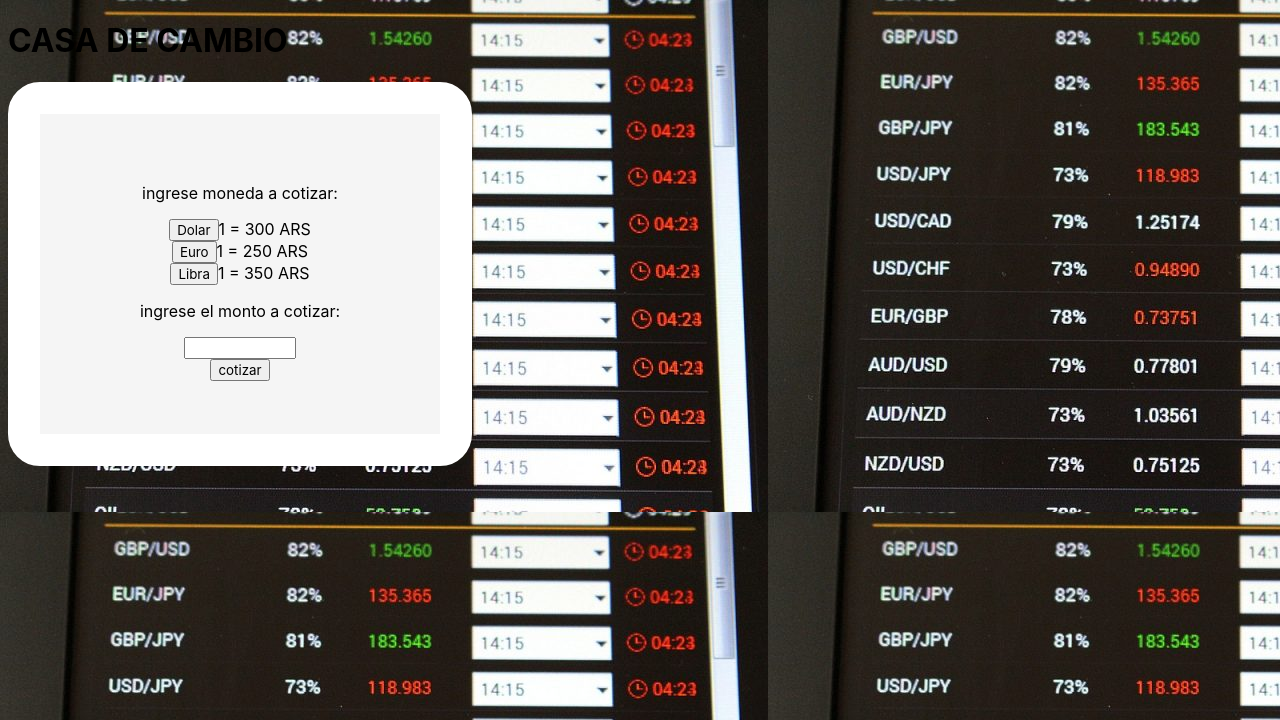
Repository: AgusL01/Bootstrap-Agustin-lago-
Page: Desktop/clases coder/proyecto-final-agustin-lago-main/index.html
The author's editor kept a copy of each file at every save. The page is drawn from the files as they stood at one save, then again after the next save.
The browser window is 1280 px wide. The pictures show the whole page.

Above is the page before, as saved 2022-08-25 15:19:53.

After the next save:
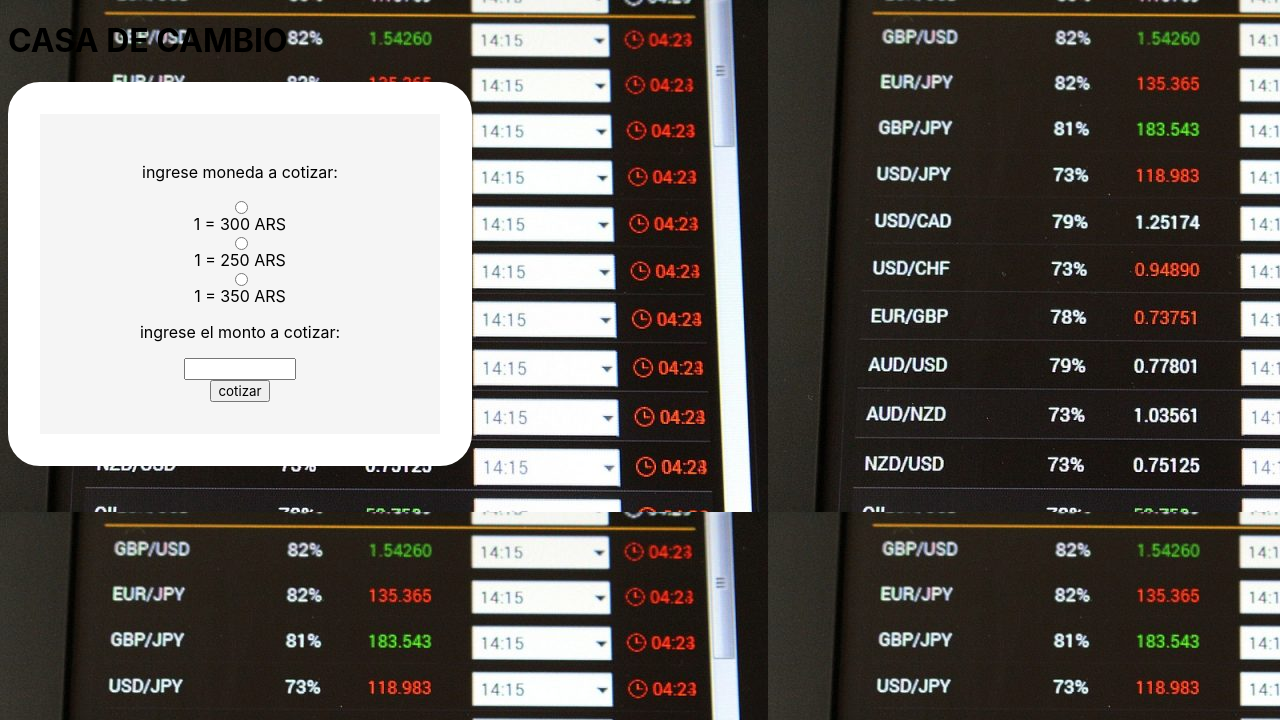
Saved 3 min 51 s later.
--- a/Desktop/clases coder/proyecto-final-agustin-lago-main/index.html
+++ b/Desktop/clases coder/proyecto-final-agustin-lago-main/index.html
@@ -11,9 +11,9 @@
     <h1>CASA DE CAMBIO</h1>
     <form class="formulario">
             <p>ingrese moneda a cotizar:</p>
-            <div><button id="uno">Dolar</button>1 = 300 ARS</div>
-            <div><button id="dos">Euro</button>1 = 250 ARS</div>
-            <div><button id="tres">Libra</button>1 = 350 ARS</div>
+            <input type="radio" name="dolar" id="uno">1 = 300 ARS
+            <input type="radio" name="euro" id="uno">1 = 250 ARS
+            <input type="radio" name="libra" id="uno">1 = 350 ARS
             <p>ingrese el monto a cotizar:</p>
             <input type="number" id="montoCotizar" min="1"m max="100000">
         <input type="button" id="montoCotizado" value="cotizar" onclick=" ">
